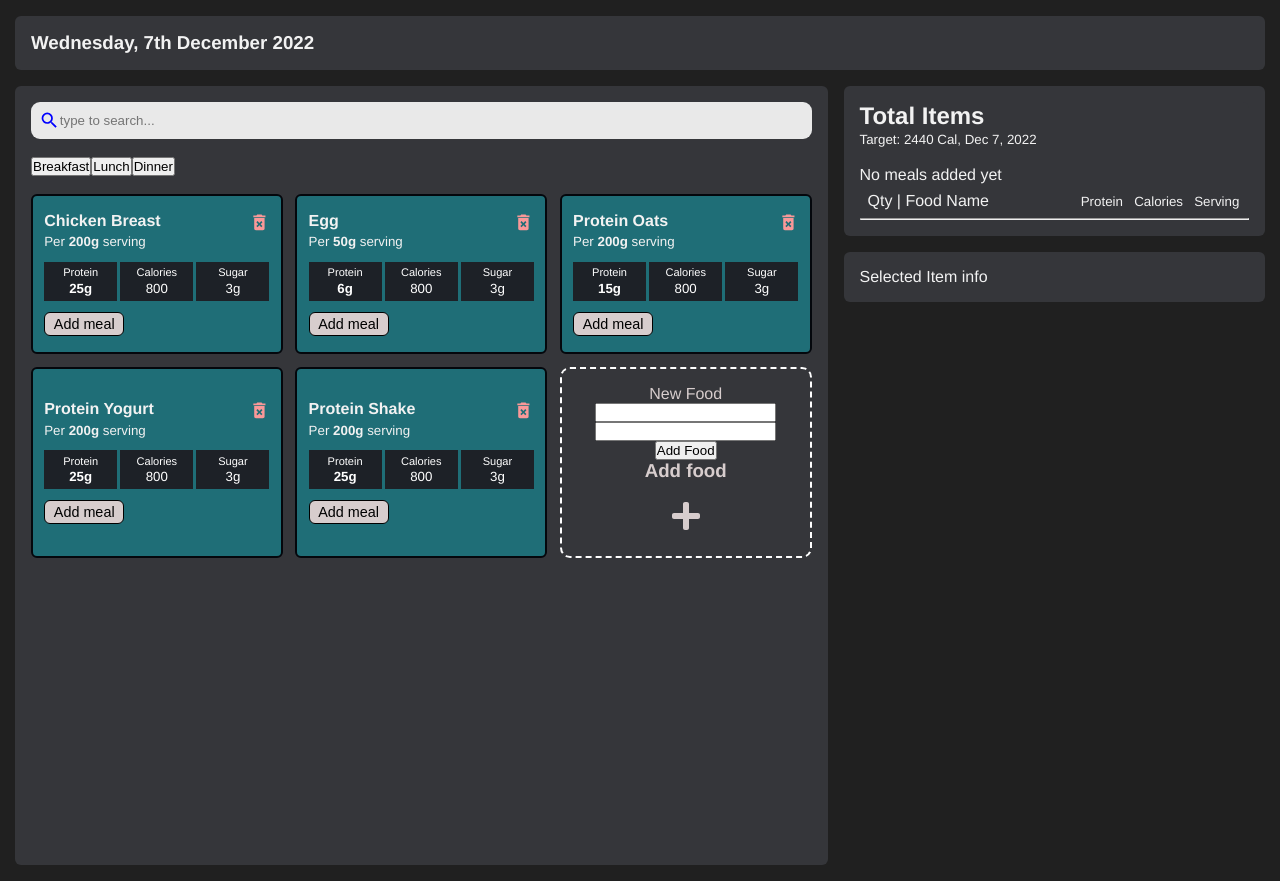
Repository: CEEPREL/NutritionTracker
Page: /
These files come from the project's save history. The page is drawn as it stood at one moment and after a run of saves; the edit follows.
The browser window is 1280 px wide. The pictures show the whole page.
The project was rebuilt for these pictures with package versions that can differ from the ones it lists, and the page was loaded fresh each time. Also part of the build but not shown: vite.config.js, src/components/Header.js.

Above is the page before, as saved 2022-12-15 19:01:44.

After the next 2 saves:
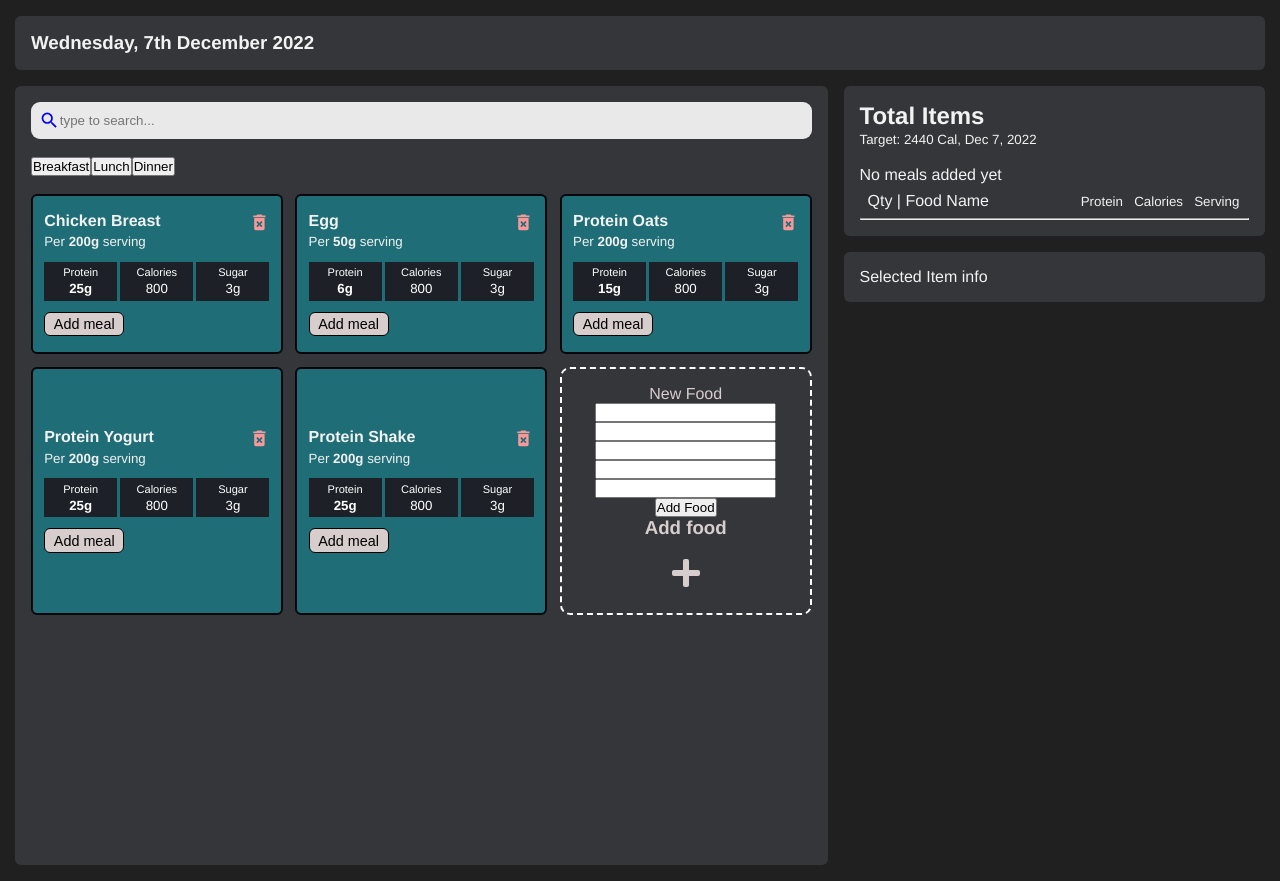
The 2 saves are shown as one change because they came seconds apart.
The last was saved 10 s later.
--- a/src/components/AddFood.js
+++ b/src/components/AddFood.js
@@ -35,6 +35,24 @@ function AddFood({ handleAddFoodItem }) {
           value={serving}
           onChange={(e) => setServing(e.target.value)}
         />
+        <input
+          type="number"
+          id="serving"
+          value={serving}
+          onChange={(e) => setServing(e.target.value)}
+        />
+        <input
+          type="number"
+          id="serving"
+          value={serving}
+          onChange={(e) => setServing(e.target.value)}
+        />
+        <input
+          type="number"
+          id="serving"
+          value={serving}
+          onChange={(e) => setServing(e.target.value)}
+        />
         <button type="submit" onClick={handleSubmit}>Add Food</button>
       </form>
       <h3>Add food </h3>
